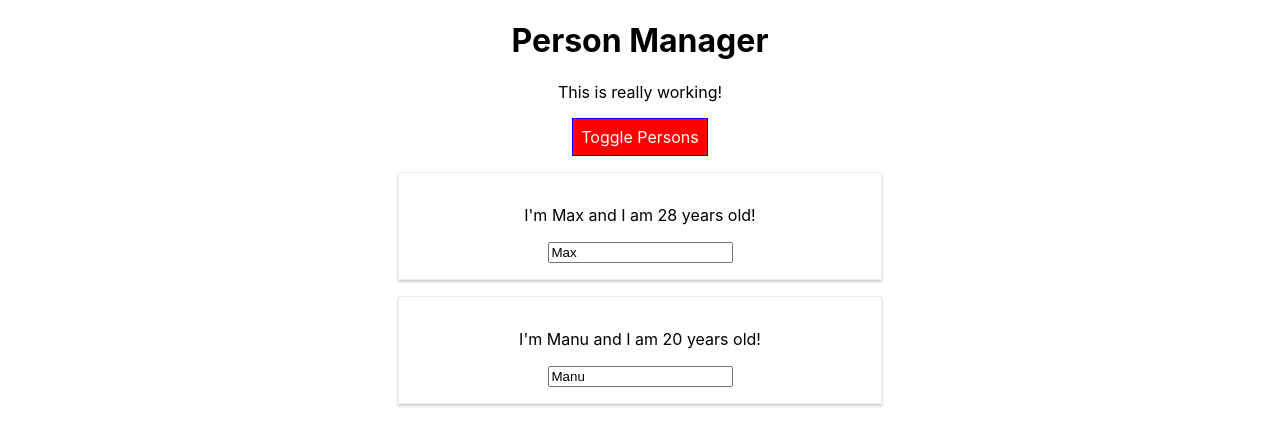
Repository: AidanHak/udemy-react-guide
Page: /, after clicking the first element matching `button`
These files come from the project's save history. The page is drawn as it stood at one moment and after the next save; the edit follows.
The browser window is 1280 px wide. The pictures show the whole page.
The project was rebuilt for these pictures with package versions that can differ from the ones it lists, and the page was loaded fresh each time. Also part of the build but not shown: src/components/ErrorBoundary/ErrorBoundary.js.

Above is the page before, as saved 2021-03-04 15:48:48.

### src/index.js
import React from 'react';
import ReactDOM from 'react-dom';
import './index.css';
import App from './containers/App';
import reportWebVitals from './reportWebVitals';

ReactDOM.render(
  <React.StrictMode>
    <App appTitle="Person Manager" />
  </React.StrictMode>,
  document.getElementById('root')
);

// If you want to start measuring performance in your app, pass a function
// to log results (for example: reportWebVitals(console.log))
// or send to an analytics endpoint. Learn more: https://bit.ly/CRA-vitals
reportWebVitals();

### src/containers/App.js
import React, { Component } from 'react';
import styles from './App.module.css';
import Persons from '../components/Persons/Persons';
import Cockpit from '../components/Cockpit/Cockpit';

class App extends Component {
	constructor(props) {
		super(props);
		console.log('[App.js] constructor');
	}

	state = {
		persons: [
			{ id: 'sfsdkf', name: 'Max', age: 28},
			{ id: 'kdlsd', name: 'Manu', age: 20}
		],
		showPersons: false
	}

	static getDerivedStateFromProps(props, state) {
		console.log('[App.js] getDerivedStateFromProps', props);
		return state;
	}

	componentDidMount() {
		console.log('[App.js] componentDidMount');
	}

	nameChangedHandler = (event, id) => {
		const personIndex = this.state.persons.findIndex(p => {
			return p.id === id;
		});

		const person = {
			...this.state.persons[personIndex]
		};

		person.name = event.target.value;

		const persons = [...this.state.persons];
		persons[personIndex] = person;

		this.setState({
			persons: persons
		})
	}

	deletePersonHandler = (personIndex) => {
		const persons = [...this.state.persons];
		persons.splice(personIndex, 1);
		this.setState({
			persons: persons
		})
	}

	togglePersonsHandler = () => {
		const doesShow = this.state.showPersons;
		this.setState({
			showPersons: !doesShow
		})
	}

	render() {
		console.log('[App.js] render');
		let persons = null;

		if (this.state.showPersons) {
			persons = <Persons
				persons={this.state.persons}
				clicked={this.deletePersonHandler}
				changed={this.nameChangedHandler} />;
		}

		return (
			<div className={styles.App}>
				<Cockpit
					title={this.props.appTitle}
					showPersons={this.state.showPersons}
					personsLength={this.state.persons.length}
					clicked={this.togglePersonsHandler} />
				{persons}
			</div>
		);
	}
}

export default App;

### src/components/Persons/Persons.js
import React, { PureComponent } from 'react';
import Person from './Person/Person';
import ErrorBoundary from '../ErrorBoundary/ErrorBoundary';

class Persons extends PureComponent {
	// static getDerivedStateFromProps(props, state) {
	// 	console.log('[Persons.js] getDerivedStateFromProps');
	// 	return state;
	// }

	// componentWillReceiveProps(props) {
	// 	console.log('[Persons.js] componentWillReceiveProps', props);
	// }

	// shouldComponentUpdate(nextProps, nextState) {
	// 	console.log('[Persons.js] shouldComponentUpdate');
	// 	return (
	// 		nextProps.persons !== this.props.persons ||
	// 		nextProps.changed !== this.props.changed ||
	// 		nextProps.clicked !== this.props.clicked // if persons prop doesn't change, don't update the component (saves performance on re-rendering the component) - ONLY COMPARES THE POINTER!!!!!
	// 	);
	// }

	getSnapshotBeforeUpdate(prevProps, prevState) {
		console.log('[Persons.js] getSnapshotBeforeUpdate');
		return { message: 'Snapshot!' };
	}

	componentDidUpdate(prevProps, prevState, snapshot) {
		console.log('[Persons.js] componentDidUpdate');
		console.log(snapshot);
	}

	render() {
		console.log('[Persons.js] rendering...');
		return this.props.persons.map((person, index) => {
			return <ErrorBoundary key={person.id}>
				<Person
				click={() => this.props.clicked(index)}
				name={person.name}
				age={person.age}
				//key={person.id}
				nameChange={(event) => this.props.changed(event, person.id)} />
			</ErrorBoundary>
		});
	}
}

export default Persons;

### src/components/Cockpit/Cockpit.js
import React from 'react';
import styles from './Cockpit.module.css';

const cockpit = (props) => {
	const assignedClasses = [];
	let btnClass = '';
	if (props.showPersons) {
		btnClass = styles.Red;
	}

	if (props.personsLength <= 1) {
		assignedClasses.push(styles.red);
	}
	if (props.personsLength === 0) {
		assignedClasses.push(styles.bold);
	}

	return (
		<div className={styles.Cockpit}>
			<h1>{props.title}</h1>
			<p className={assignedClasses.join(' ')}>This is really working!</p>
			<button
				//style={style}
				//altStyle={this.state.showPersons}
				className={btnClass}
				onClick={props.clicked}>Toggle Persons
			</button>
		</div>
	);
};

export default React.memo(cockpit);

### src/components/Persons/Person/Person.js
import React, { Component } from 'react';
import styles from './Person.module.css';

class Person extends Component {
	render() {
		console.log('[Person.js] rendering...');
		return (
			<div className={styles.Person}>
				<p onClick={this.props.click}>I'm {this.props.name} and I am {this.props.age} years old!</p>
				<p>{this.props.children}</p>
				<input type="text" value={this.props.name} onChange={this.props.nameChange} />
			</div>
		);
	}
}

export default Person;

### src/components/Cockpit/Cockpit.module.css
.red {
	color: red;
}

.bold {
	font-weight: bold;
}

.Cockpit button {
	background-color:green;
	color:white;
	font:inherit;
	border:1px solid blue;
	padding:8px;
	cursor:pointer;
}

.Cockpit button:hover {
	background-color:lightgreen;
	color:black;
}

.Cockpit button.Red {
	background-color:red;
}

.Cockpit button.Red:hover {
	background-color:salmon;
}

### src/components/Persons/Person/Person.module.css
.Person {
	width:35%;
	margin:16px auto;
	border:1px solid #eee;
	box-shadow:0 2px 3px #ccc;
	padding:16px;
	text-align:center;
}

@media (min-width:500px) {
	.Person {
		width:450px;
	}
}

Loaded but not shown: public/index.html (common file); src/index.css (common file); src/reportWebVitals.js (common file); src/containers/App.module.css (common file)

After the next save:
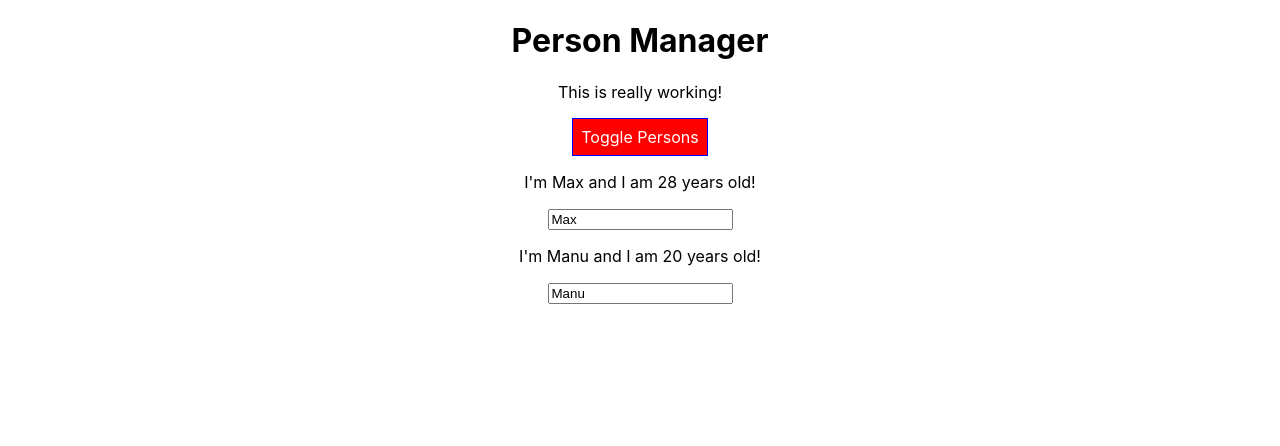
Saved 22 min 38 s later.
--- a/src/components/Persons/Person/Person.js
+++ b/src/components/Persons/Person/Person.js
@@ -4,13 +4,11 @@ import styles from './Person.module.css';
 class Person extends Component {
 	render() {
 		console.log('[Person.js] rendering...');
-		return (
-			<div className={styles.Person}>
-				<p onClick={this.props.click}>I'm {this.props.name} and I am {this.props.age} years old!</p>
-				<p>{this.props.children}</p>
-				<input type="text" value={this.props.name} onChange={this.props.nameChange} />
-			</div>
-		);
+		return [
+			<p onClick={this.props.click}>I'm {this.props.name} and I am {this.props.age} years old!</p>,
+			<p>{this.props.children}</p>,
+			<input type="text" value={this.props.name} onChange={this.props.nameChange} />
+		];
 	}
 }
 
